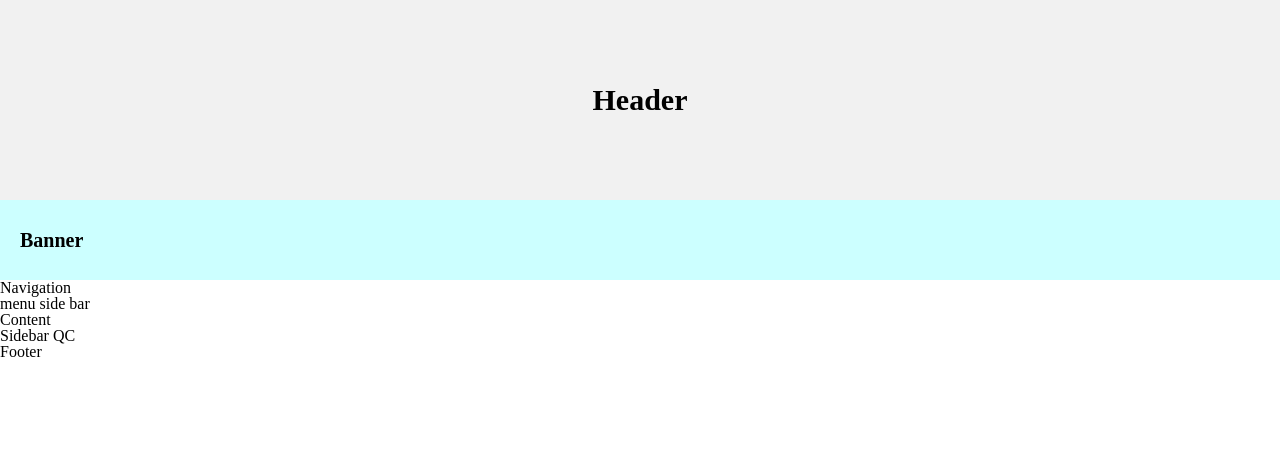
Repository: Tan-Khang21/TH_TKW--Buoi_06
Page: Bai_Tap_Tren_lop/Bai_03/LayoutCSS3.html
An editor plug-in stored every save of this project. The page is shown before and after the next save, followed by the edit.
The browser window is 1280 px wide. The pictures show the whole page.

Above is the page before, as saved 2024-03-11 20:59:11.

After the next save:
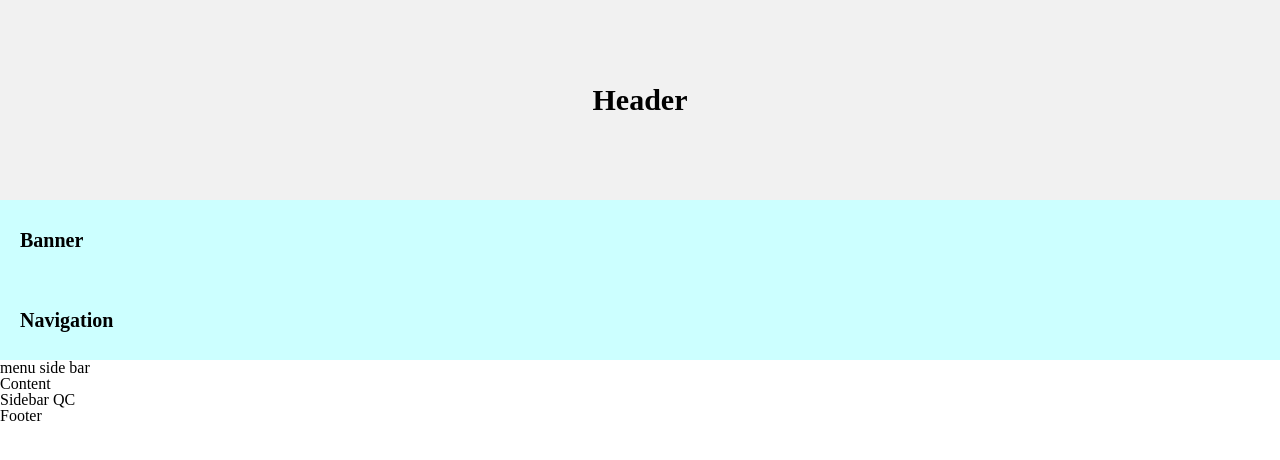
Saved 24 s later.
--- a/Bai_Tap_Tren_lop/Bai_03/style.css
+++ b/Bai_Tap_Tren_lop/Bai_03/style.css
@@ -24,3 +24,13 @@ body {
   align-items: center;
   padding: 20px;
 }
+.navigation {
+  width: 100%;
+  height: 80px;
+  background-color: #ccffff;
+  font-weight: bold;
+  font-size: 20px;
+  display: flex;
+  align-items: center;
+  padding: 20px;
+}
